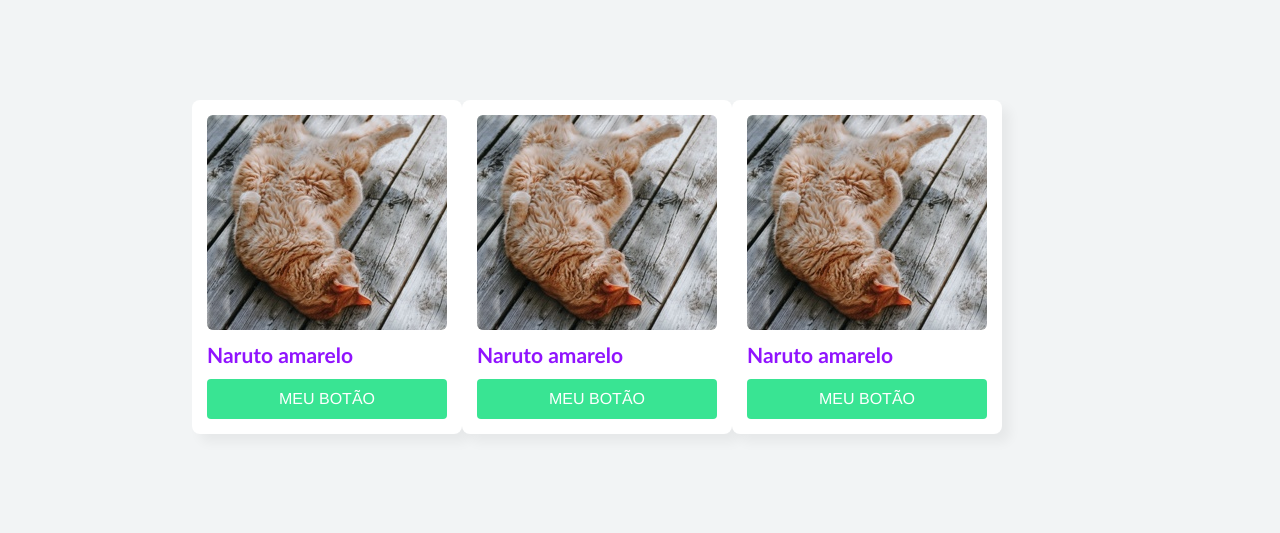
Repository: alessandradiamantino/Curso-Front-End-Design
Page: 1 - Introdução ao HTML e CSS/2 - Exercício CSS/01/codesignerspro-arquivos-exercicio-css-02/codesignerspro-arquivos-exercicio-css-02/index.html
These files come from the project's save history. The page is drawn as it stood at one moment and after a run of saves; the edit follows.
The browser window is 1280 px wide. The pictures show the whole page.

Above is the page before, as saved 2023-04-22 09:48:46.

After the next 2 saves:
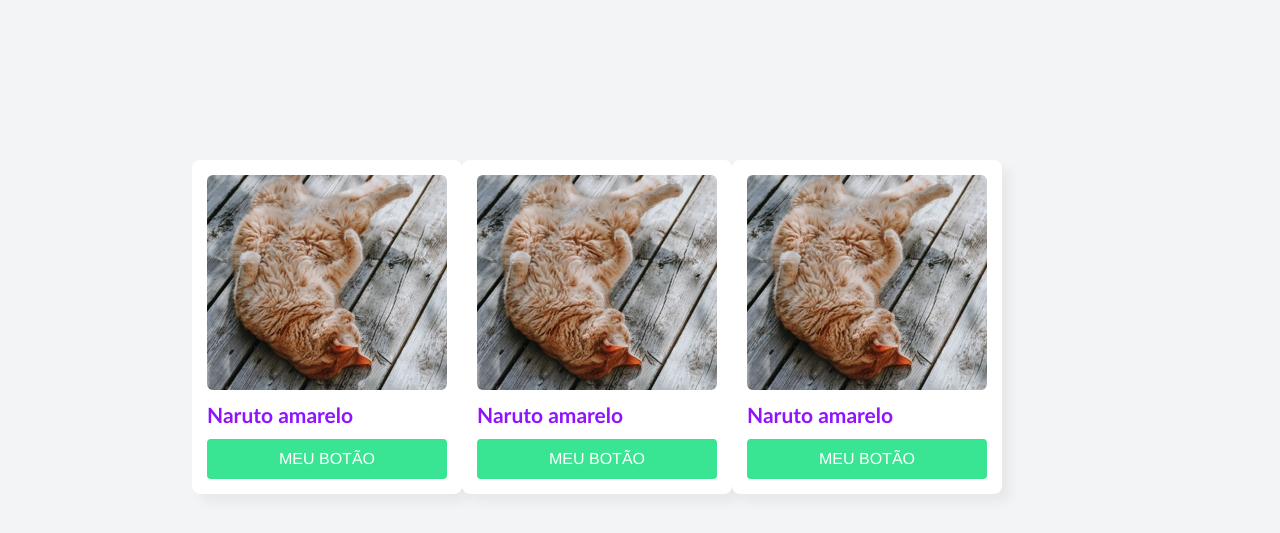
The 2 saves are shown as one change because they came seconds apart.
The last was saved 7 s later.
--- a/1 - Introdução ao HTML e CSS/2 - Exercício CSS/01/codesignerspro-arquivos-exercicio-css-02/codesignerspro-arquivos-exercicio-css-02/css/style.css
+++ b/1 - Introdução ao HTML e CSS/2 - Exercício CSS/01/codesignerspro-arquivos-exercicio-css-02/codesignerspro-arquivos-exercicio-css-02/css/style.css
@@ -11,7 +11,8 @@ main {
   width: 270px;
   display: table;
   float: left;
-  margin-top: ;
+  margin-top: 60px;
+  margin-bottom: 30px;
 }
 
 .card {
